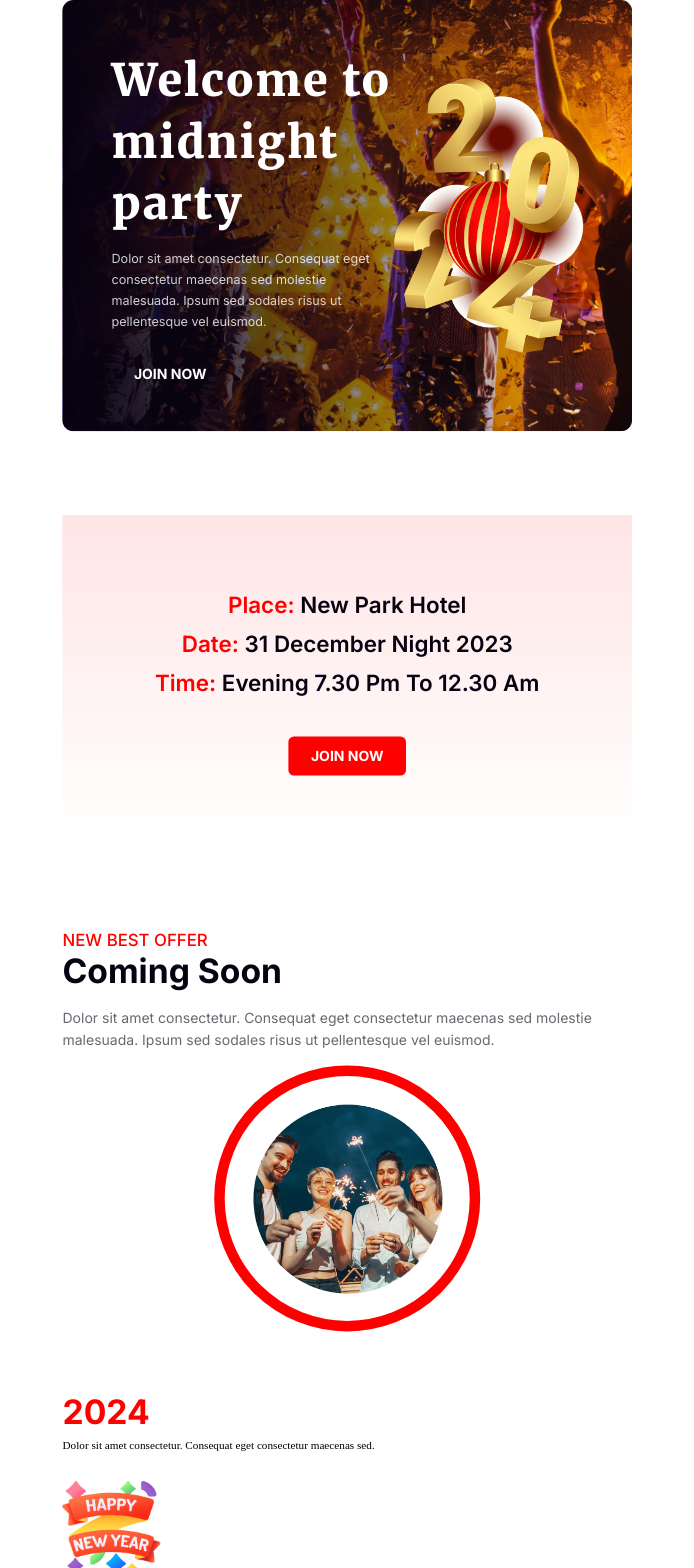
Repository: ShouravAhammed/simple-responsive-new-year
Page: index.html
An editor plug-in stored every save of this project. The page is shown before and after the next save, followed by the edit.
The browser window is 992 px wide. The pictures show the part of the page from y = 0 to 2240 px (the page is 7430 px tall before and 7400 px after), at 70% of full size.

Above is the page before, as saved 2024-01-11 19:13:58.

After the next save:
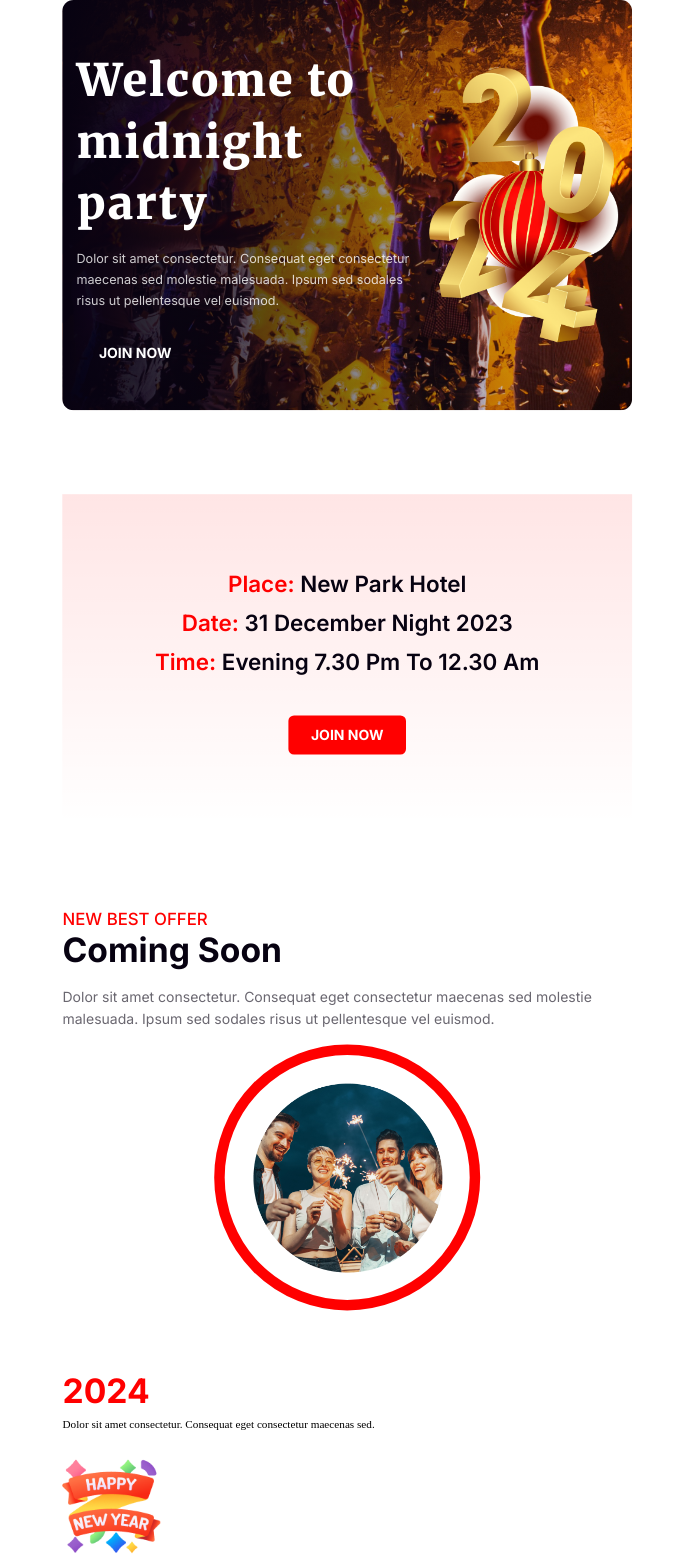
Saved 38 s later.
--- a/Style/style.css
+++ b/Style/style.css
@@ -621,7 +621,9 @@
 }
 @media screen and (min-width: 769px) and (max-width: 992px){
 
-
+    .party-container {
+        padding: 70px 20px;
+    }
     .best-offer-container {
         flex-direction: column;
     }
